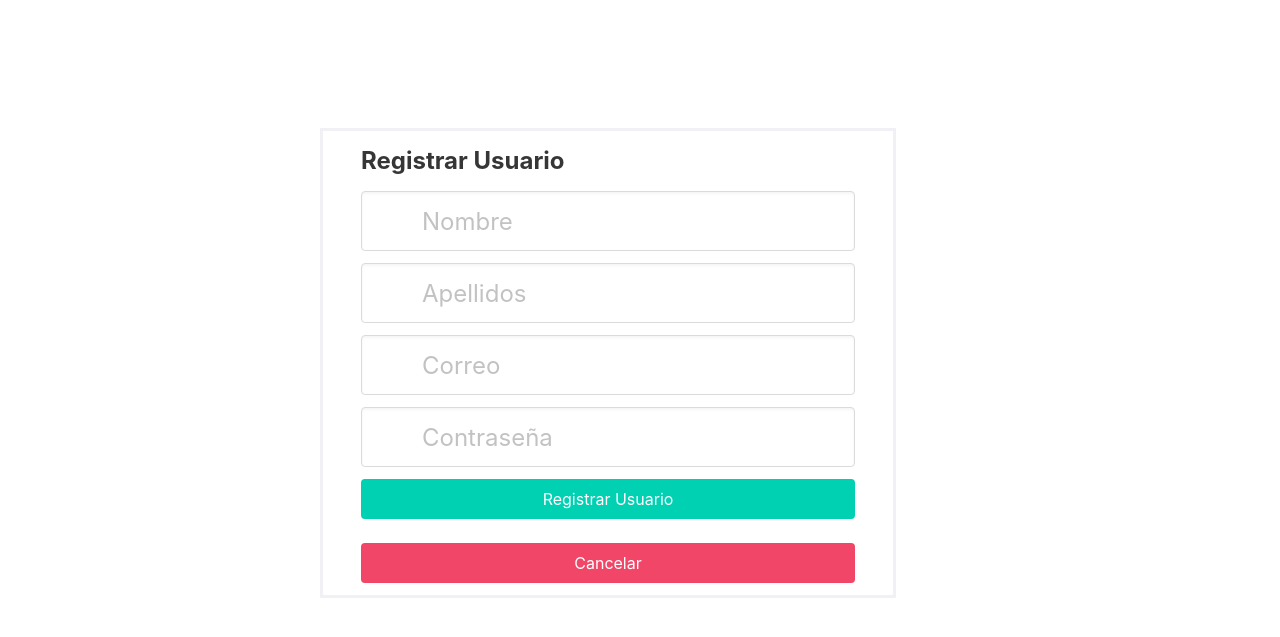
Repository: Spawnbig/ProyectoEspTec1
Page: /
An editor plug-in stored every save of this project. The page is shown before and after the next save, followed by the edit.
The browser window is 1280 px wide. The pictures show the whole page.
The project was rebuilt for these pictures with package versions that can differ from the ones it lists, and the page was loaded fresh each time. Also part of the build but not shown: vite.config.js, src/views/Dashboard.vue.

Above is the page before, as saved 2022-07-08 22:09:00.

After the next save:
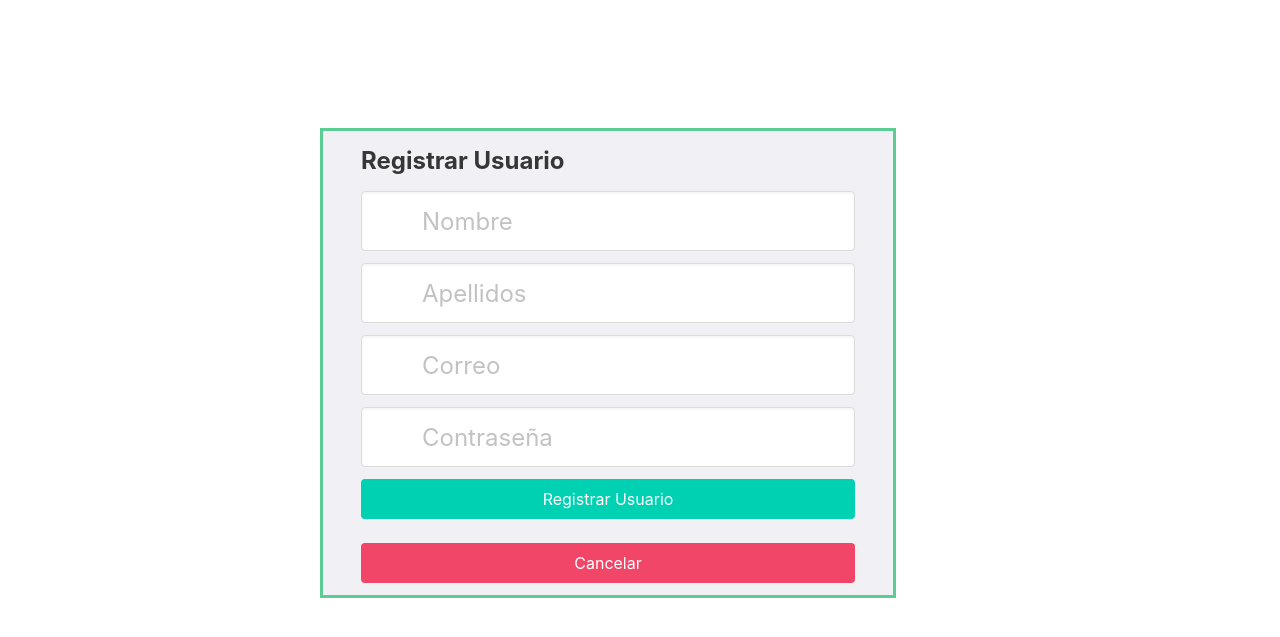
Saved 8 s later.
--- a/src/components/CrearUsuario.vue
+++ b/src/components/CrearUsuario.vue
@@ -75,8 +75,8 @@
    display: grid;
   place-content: center;
   border-style: solid;
-  border-color:#f0f0f5;
-  background-color: ;
+  border-color:#5acd95;
+  background-color:#f0f0f5 ;
 
 
 }
